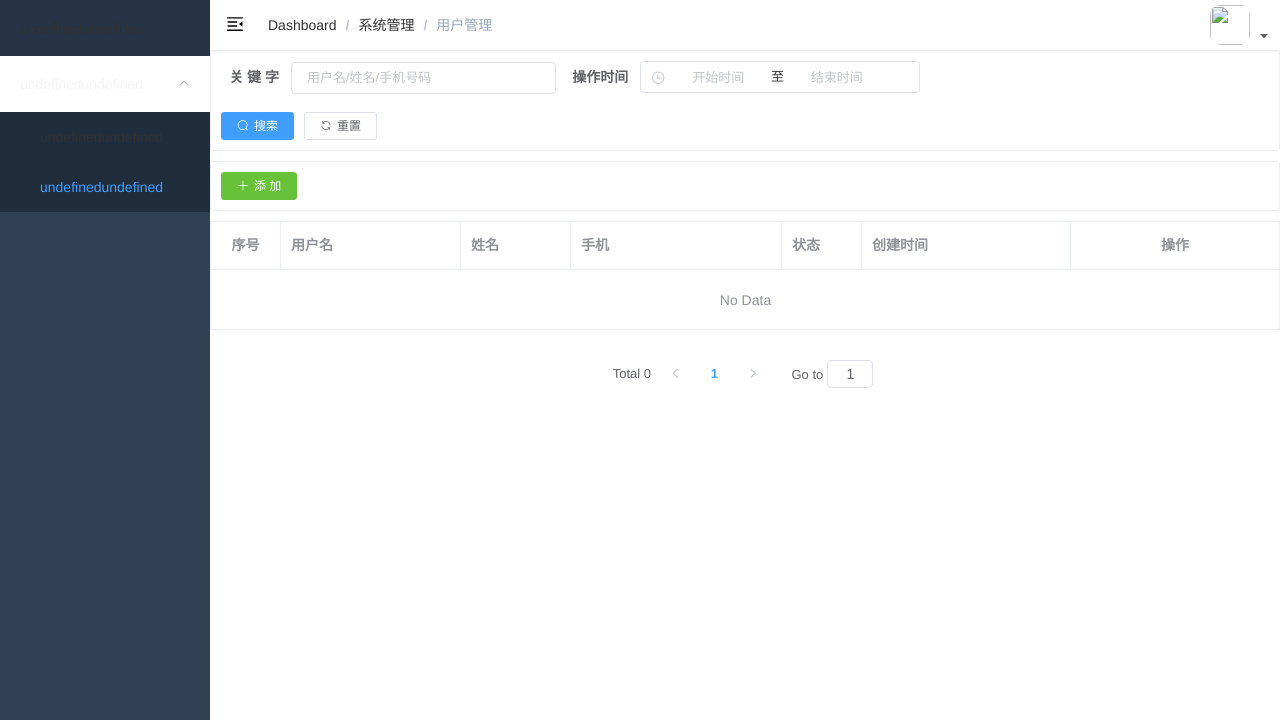
Repository: Ragnarokoo/perm-auth-front
Page: /#/system (app in system-front/)
These files come from the project's save history. The page is drawn as it stood at one moment and after the next save; the edit follows.
The browser window is 1280 px wide. The pictures show the whole page.
The page's requests for data from a server got no answer. The project was rebuilt for these pictures with package versions that can differ from the ones it lists, and the page was loaded fresh each time. No one was signed in, and anything a server would have sent is missing. Also part of the build but not shown: system-front/vue.config.js, system-front/src/layout/components/Sidebar/Logo.vue, system-front/src/styles/variables.scss, system-front/src/components/SvgIcon/index.vue. Imported but missing from the stored project, and not drawn on this page: system-front/src/permission, system-front/src/views/system/sysMenu/list, system-front/src/views/system/sysRole/assignAuth.

Above is the page before, as saved 2022-11-02 16:22:56.

After the next save:
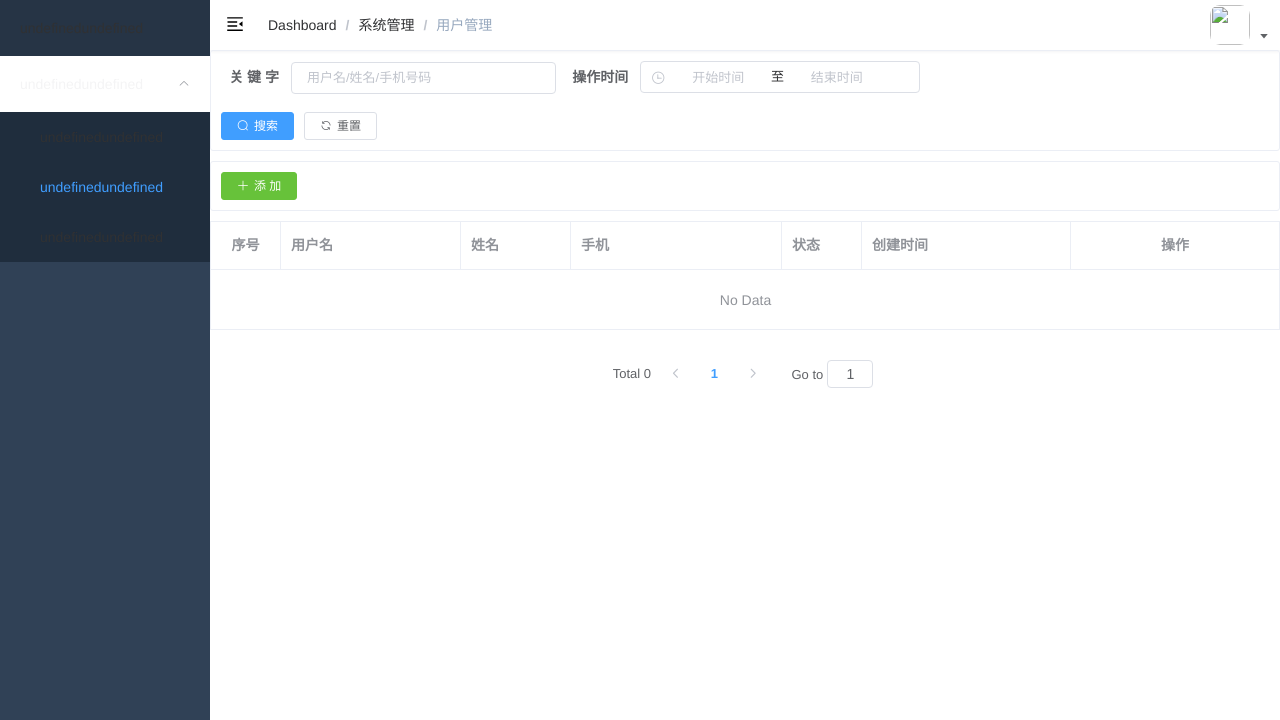
Saved 46 min 34 s later.
--- a/system-front/src/router/index.js
+++ b/system-front/src/router/index.js
@@ -31,71 +31,89 @@ import Layout from "@/layout";
  * all roles can be accessed
  */
 export const constantRoutes = [
-  {
-    path: "/login",
-    component: () => import("@/views/login/index"),
-    hidden: true,
-  },
+    {
+        path: "/login",
+        component: () => import("@/views/login/index"),
+        hidden: true,
+    },
 
-  {
-    path: "/404",
-    component: () => import("@/views/404"),
-    hidden: true,
-  },
+    {
+        path: "/404",
+        component: () => import("@/views/404"),
+        hidden: true,
+    },
 
-  {
-    path: "/",
-    component: Layout,
-    redirect: "/dashboard",
-    children: [
-      {
-        path: "dashboard",
-        name: "Dashboard",
-        component: () => import("@/views/dashboard/index"),
-        meta: { title: "Dashboard", icon: "dashboard" },
-      },
-    ],
-  },
+    {
+        path: "/",
+        component: Layout,
+        redirect: "/dashboard",
+        children: [
+            {
+                path: "dashboard",
+                name: "Dashboard",
+                component: () => import("@/views/dashboard/index"),
+                meta: { title: "Dashboard", icon: "dashboard" },
+            },
+        ],
+    },
 
-  {
-    path: "/system",
-    component: Layout,
-    redirect: "/system/sysUser",
-    name: "System",
-    meta: { title: "系统管理", icon: "el-icon-s-help" },
-    children: [
-      {
-        path: "sysRole",
-        name: "SysRole",
-        component: () => import("@/views/system/sysRole/list"),
-        meta: { title: "角色管理", icon: "table" },
-      },
-      {
-        path: "sysUser",
-        name: "SysUser",
-        component: () => import("@/views/system/sysUser/list"),
-        meta: { title: "用户管理", icon: "tree" },
-      },
-    ],
-  },
+    {
+        path: "/system",
+        component: Layout,
+        redirect: "/system/sysUser",
+        name: "System",
+        meta: { title: "系统管理", icon: "el-icon-s-help" },
+        children: [
+            {
+                path: "sysRole",
+                name: "SysRole",
+                component: () => import("@/views/system/sysRole/list"),
+                meta: { title: "角色管理", icon: "table" },
+            },
+            {
+                path: "sysUser",
+                name: "SysUser",
+                component: () => import("@/views/system/sysUser/list"),
+                meta: { title: "用户管理", icon: "tree" },
+            },
+            {
+                name: 'sysMenu',
+                path: 'sysMenu',
+                component: () => import('@/views/system/sysMenu/list'),
+                meta: {
+                    title: '菜单管理',
+                    icon: 'el-icon-s-unfold'
+                },
+            },
+            {
+                path: 'assignAuth',
+                component: () => import('@/views/system/sysRole/assignAuth'),
+                meta: {
+                    activeMenu: '/system/sysRole',
+                    title: '角色授权'
+                },
+                hidden: true,
+            }
+        ],
+    },
 
-  // 404 page must be placed at the end !!!
-  { path: "*", redirect: "/404", hidden: true },
+    // 404 page must be placed at the end !!!
+    { path: "*", redirect: "/404", hidden: true },
 ];
 
 const createRouter = () =>
-  new Router({
-    // mode: 'history', // require service support
-    scrollBehavior: () => ({ y: 0 }),
-    routes: constantRoutes,
-  });
+    new Router({
+        // mode: 'history', // require service support
+        scrollBehavior: () => ({ y: 0 }),
+        routes: constantRoutes,
+    });
 
 const router = createRouter();
 
 // Detail see: https://github.com/vuejs/vue-router/issues/1234#issuecomment-357941465
-export function resetRouter() {
-  const newRouter = createRouter();
-  router.matcher = newRouter.matcher; // reset router
+export function resetRouter () {
+    const newRouter = createRouter();
+    router.matcher = newRouter.matcher; // reset router
 }
 
 export default router;
